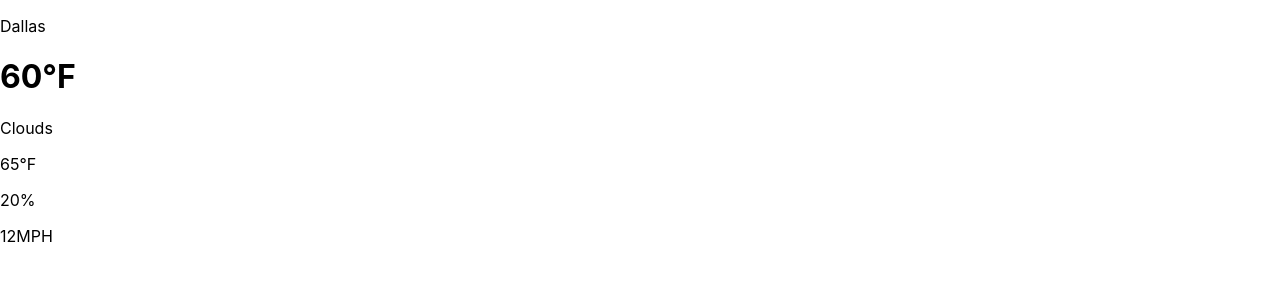
Repository: stavan30/weather-react
Page: /
An editor plug-in stored every save of this project. The page is shown before and after the next save, followed by the edit.
The browser window is 1280 px wide. The pictures show the whole page.
The project was rebuilt for these pictures with package versions that can differ from the ones it lists, and the page was loaded fresh each time.

Above is the page before, as saved 2024-02-06 00:12:19.

### src/index.css
@import url('https://fonts.googleapis.com/css2?family=Outfit:wght@100;200;300;400;500;600;700&family=Poppins:ital,wght@0,100;0,200;0,300;0,400;0,500;0,600;0,700;0,800;0,900;1,100;1,200;1,300;1,400;1,500;1,600;1,700;1,800;1,900&display=swap');

body {
  margin: 0;
  font-family: -apple-system, BlinkMacSystemFont, 'Segoe UI', 'Roboto', 'Oxygen',
    'Ubuntu', 'Cantarell', 'Fira Sans', 'Droid Sans', 'Helvetica Neue',
    sans-serif;
  -webkit-font-smoothing: antialiased;
  -moz-osx-font-smoothing: grayscale;
}

code {
  font-family: source-code-pro, Menlo, Monaco, Consolas, 'Courier New',
    monospace;
}

### src/App.js
import React, {useState} from "react";
import axios from "axios";

function App() {

  //const url = `https://api.openweathermap.org/data/2.5/weather?q=dallas&appid=5a1232a3639c7a443e7df182fff23304`

  return (
    <div className="app">
      <div className="container"></div>
        <div className="top">
          <div className="location">
            <p>Dallas</p>
          </div>
          <div className="temp">
            <h1>60°F</h1>
          </div>
          <div className="description">
            <p>Clouds</p>
          </div>
        </div>
        <div className="bottom">
          <div className="feels">
            <p>65°F</p>
          </div>
          <div className="humidity">
            <p>20%</p>
          </div>
          <div className="wind">
            12MPH
          </div>
        </div>
    </div>
  );
}

export default App;

Loaded but not shown: public/index.html (common file); src/index.js (common file)

After the next save:
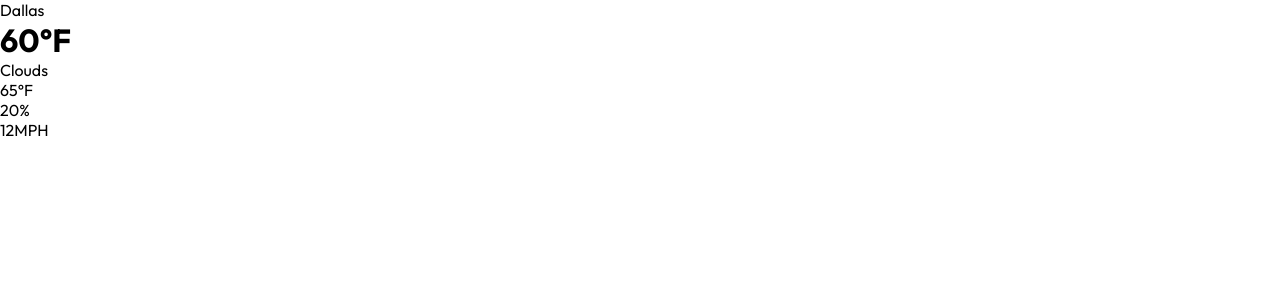
Saved 2 min 40 s later.
--- a/src/index.css
+++ b/src/index.css
@@ -1,15 +1,19 @@
 @import url('https://fonts.googleapis.com/css2?family=Outfit:wght@100;200;300;400;500;600;700&family=Poppins:ital,wght@0,100;0,200;0,300;0,400;0,500;0,600;0,700;0,800;0,900;1,100;1,200;1,300;1,400;1,500;1,600;1,700;1,800;1,900&display=swap');
 
+* {
+  box-sizing: border-box;
+  margin: 0;
+  padding: 0;
+}
+
 body {
-  margin: 0;
-  font-family: -apple-system, BlinkMacSystemFont, 'Segoe UI', 'Roboto', 'Oxygen',
+  font-family: 'Outfit', 'Segoe UI', 'Roboto', 'Oxygen',
     'Ubuntu', 'Cantarell', 'Fira Sans', 'Droid Sans', 'Helvetica Neue',
     sans-serif;
   -webkit-font-smoothing: antialiased;
   -moz-osx-font-smoothing: grayscale;
 }
 
-code {
-  font-family: source-code-pro, Menlo, Monaco, Consolas, 'Courier New',
-    monospace;
+p {
+  font-size: 1.6;
 }
